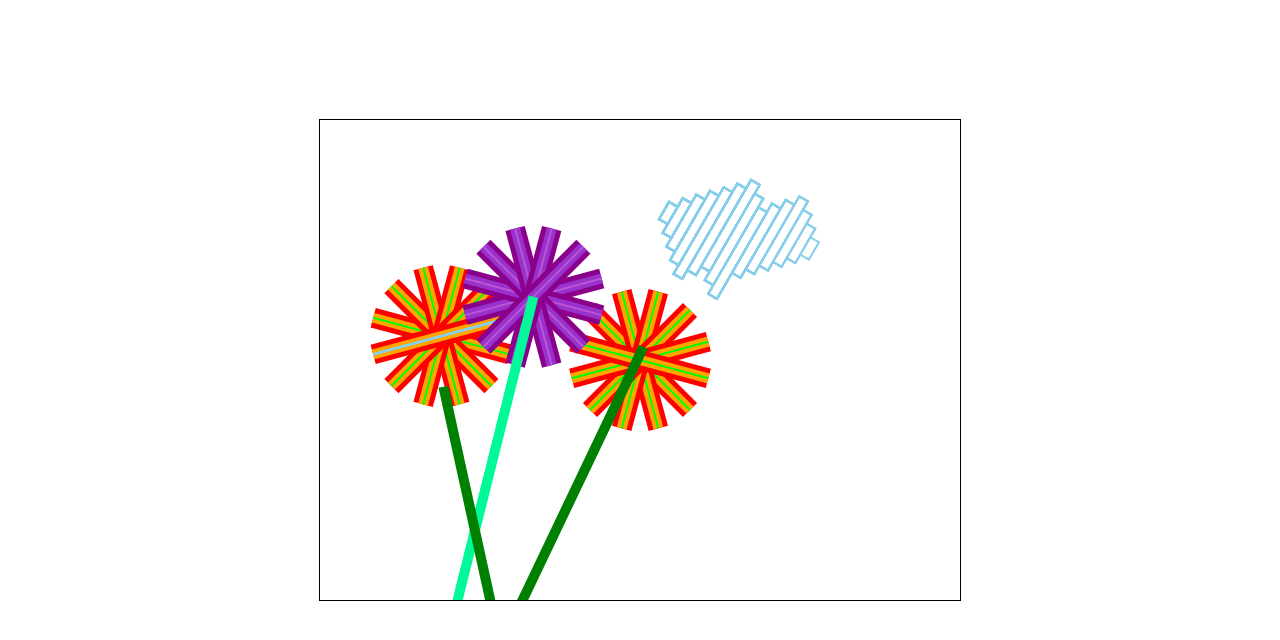
Repository: huanz488/huanz488-github.io
Page: digital painting/App.html
The author's editor kept a record of every edit. The page is drawn from the files as they stood at one moment, then again after the next edit.
The browser window is 1280 px wide. The pictures show the whole page.

Above is the page before.

After the next edit:
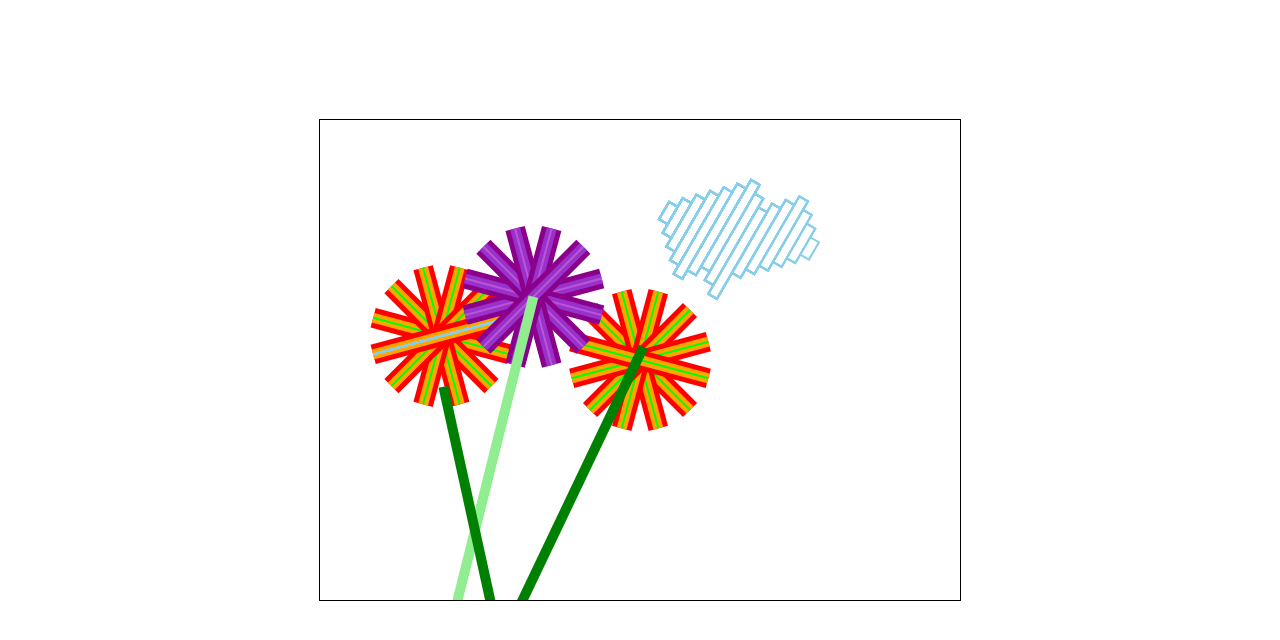
The edit:
--- a/digital painting/App.html
+++ b/digital painting/App.html
@@ -266,7 +266,7 @@
     ctx.lineTo(0, 0);
 
     ctx.lineWidth = 10;
-    ctx.strokeStyle = 'MediumSpringGreen';
+    ctx.strokeStyle = 'LightGreen';
     ctx.stroke();
 
     ctx.translate(100, 100); // Moves the origin.
